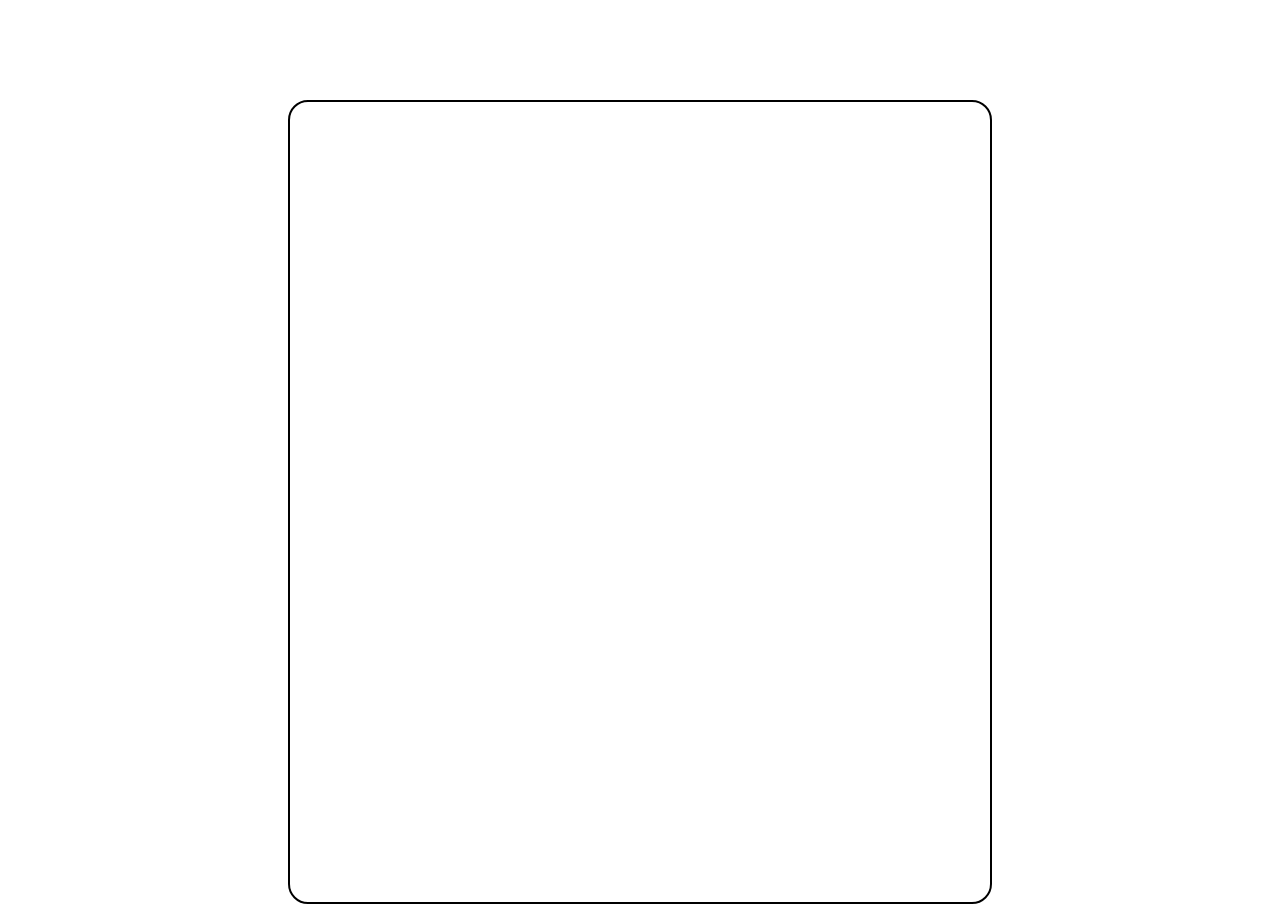
Repository: Jamilsonh/card
Page: /Gyarados
An editor plug-in stored every save of this project. The page is shown before and after the next save, followed by the edit.
The browser window is 1280 px wide. The pictures show the whole page.
The project was rebuilt for these pictures with package versions that can differ from the ones it lists, and the page was loaded fresh each time.

Above is the page before, as saved 2022-04-22 16:57:17.

After the next save:
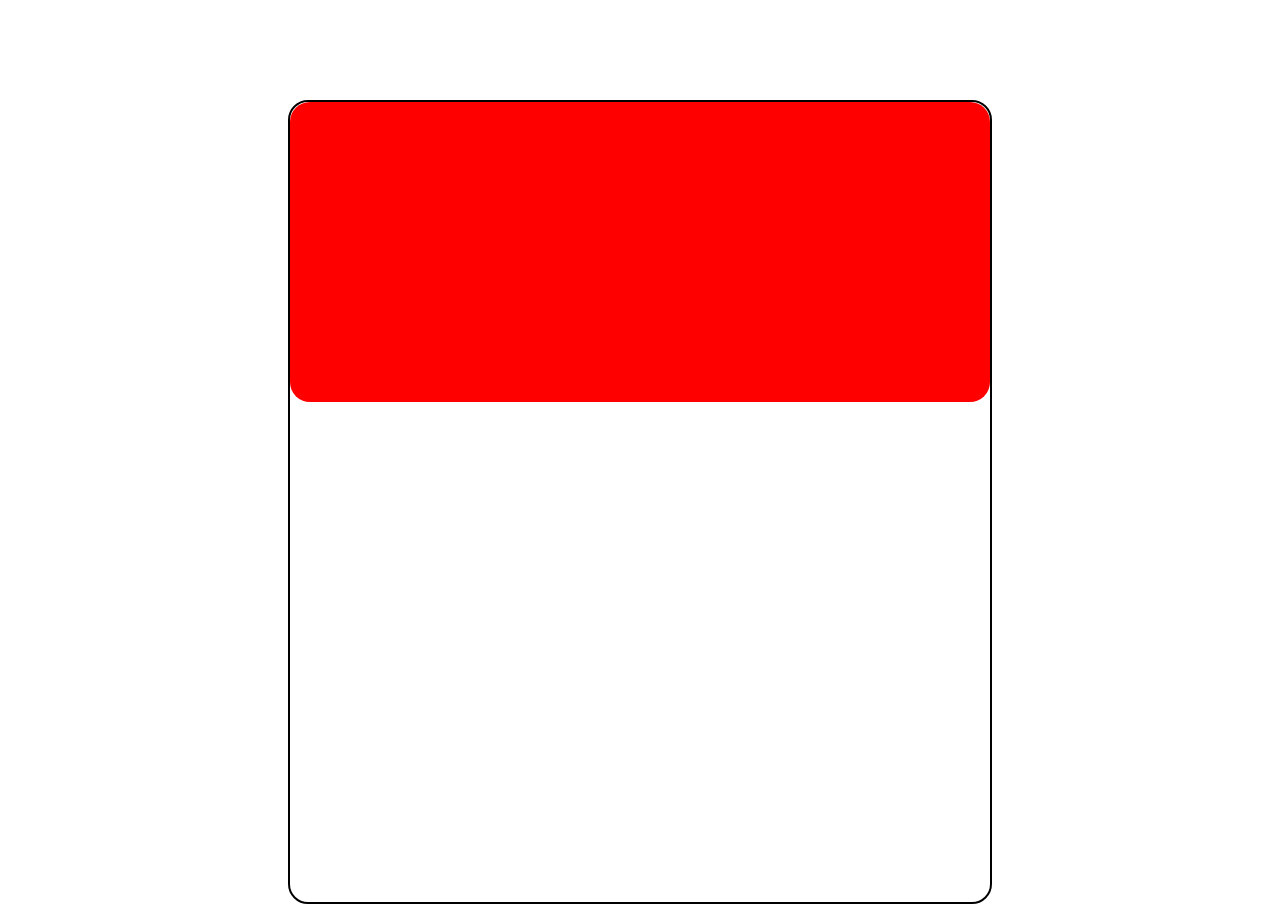
Saved 31 s later.
--- a/src/App.js
+++ b/src/App.js
@@ -1,9 +1,13 @@
-import { Card } from "./Styles";
+import { Card, CardTopo } from "./Styles";
 
 function App() {
   return (
     <>
-      <Card/>
+      <Card>
+        <CardTopo>
+
+        </CardTopo>
+      </Card>
     </>
   );
 }
